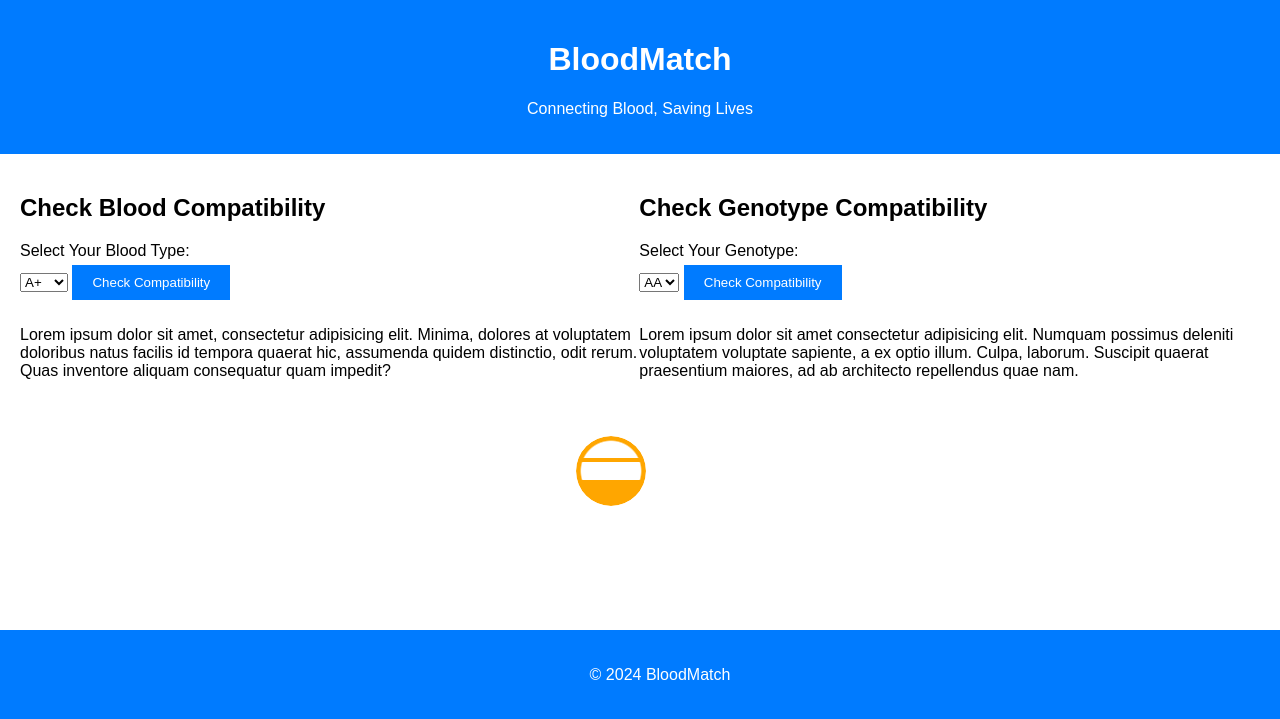
Repository: JuliusMonday/BloodMatch
Page: index.html
These files come from the project's save history. The page is drawn as it stood at one moment and after the next save; the edit follows.
The browser window is 1280 px wide. The pictures show the whole page.

Above is the page before, as saved 2024-05-02 16:38:12.

After the next save:
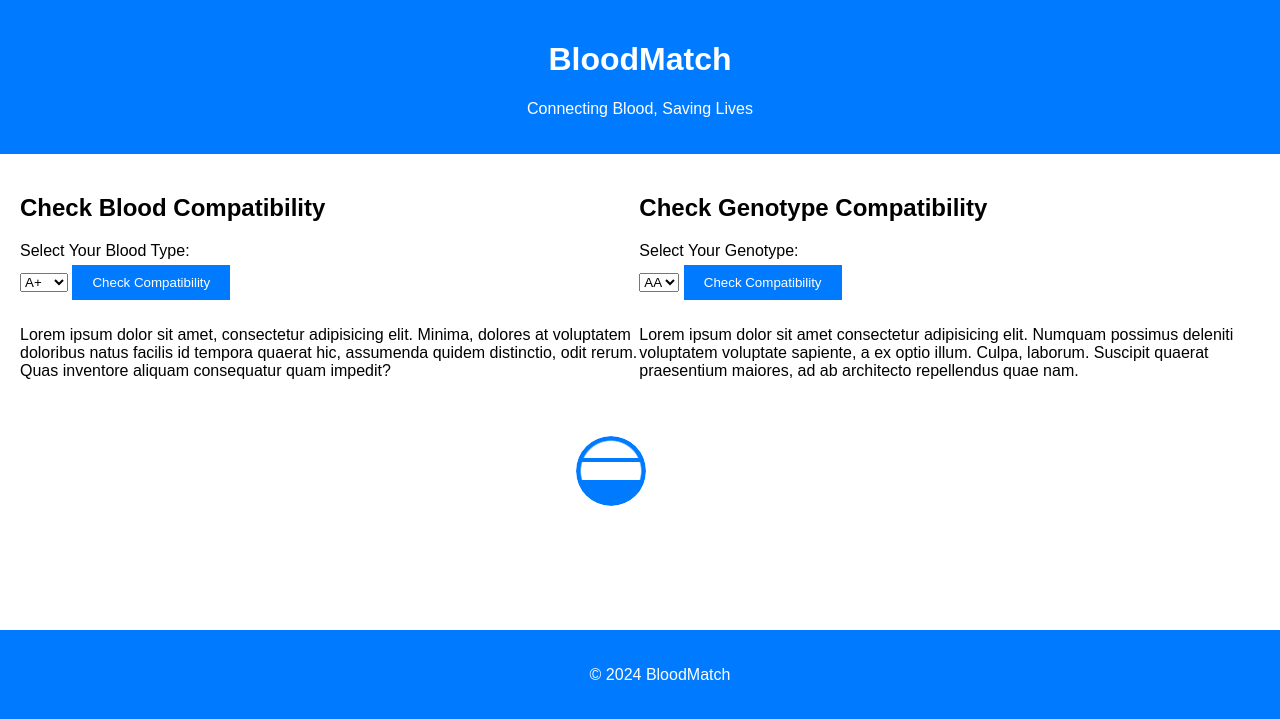
Saved 33 s later.
--- a/style.css
+++ b/style.css
@@ -75,7 +75,7 @@ body {
       .custom-loader {
         width: 70px;
         height: 70px;
-        background: #ffa600;
+        background: #007bff;
         border-radius: 50px;
         -webkit-mask: radial-gradient(circle 31px at 50% calc(100% + 13px),#000 95%,#0000) top 4px left 50%,
           radial-gradient(circle 31px,#000 95%,#0000) center,
